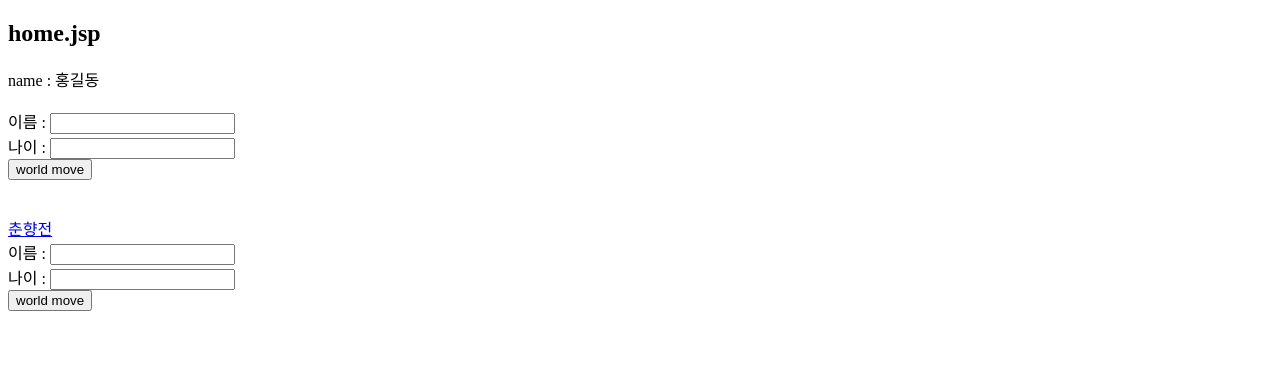
Repository: SanBu599/springFrameWorktest
Page: http://localhost/springSample2/home.do
An editor plug-in stored every save of this project. The page is shown before and after the next save, followed by the edit.
The browser window is 1280 px wide. The pictures show the whole page.
The page is served by Tomcat 9. Other server files are loaded and not shown.

Above is the page before, as saved 2023-07-11 06:17:04.

### springSample2/src/main/webapp/WEB-INF/views/home.jsp
<%@ page language="java" contentType="text/html; charset=UTF-8"
    pageEncoding="UTF-8"%>
<!DOCTYPE html>
<html>
<head>
<meta charset="UTF-8">
<title>Insert title here</title>
</head>
<body>
<h2>home.jsp</h2>


<%
	String name = (String)request.getAttribute("name");
%>
name : <%=name %>

<br><br>

<form action="world.do" method="post">
이름 : <input type="text" name="name"><br>
나이 : <input type="text" name="age"><br>
<input type="submit" value="world move">
</form>
<br><br>

<!--
	<a

	location.href
-->



<a href = "world.do?name=성춘향&age=16">춘향전</a>

<!-- location.href -->
<form action="object.do" method="post">
이름 : <input type="text" name="name"><br>
나이 : <input type="text" name="age"><br>
<input type="submit" value="world move">
</form>

<!--
	<a    message= "안녕하세요"

	list.do

	-> list를 테이블로 출력
-->


</body>
</html>

After the next save:
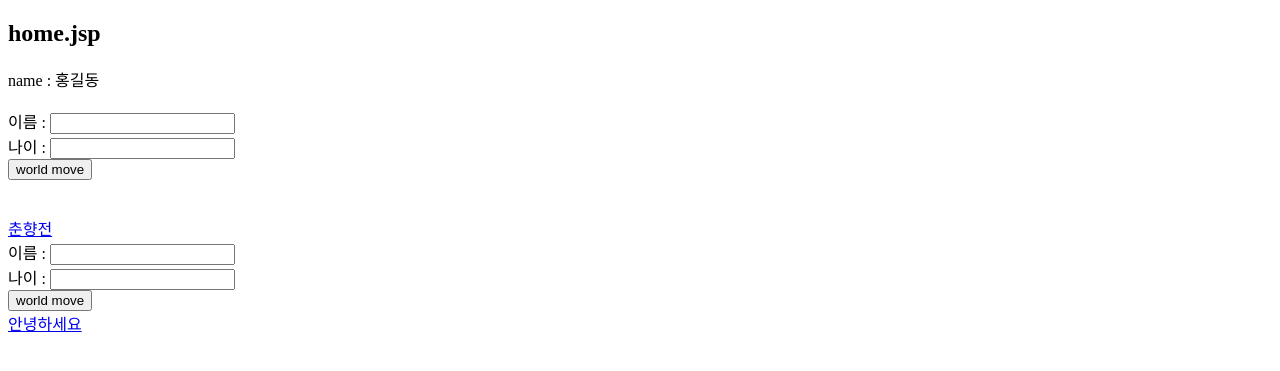
Saved 2 min 55 s later.
--- a/springSample2/src/main/webapp/WEB-INF/views/home.jsp
+++ b/springSample2/src/main/webapp/WEB-INF/views/home.jsp
@@ -49,6 +49,7 @@
 	-> list를 테이블로 출력
 -->
 
+<a href="list.do">안녕하세요</a>
 
 </body>
 </html>
